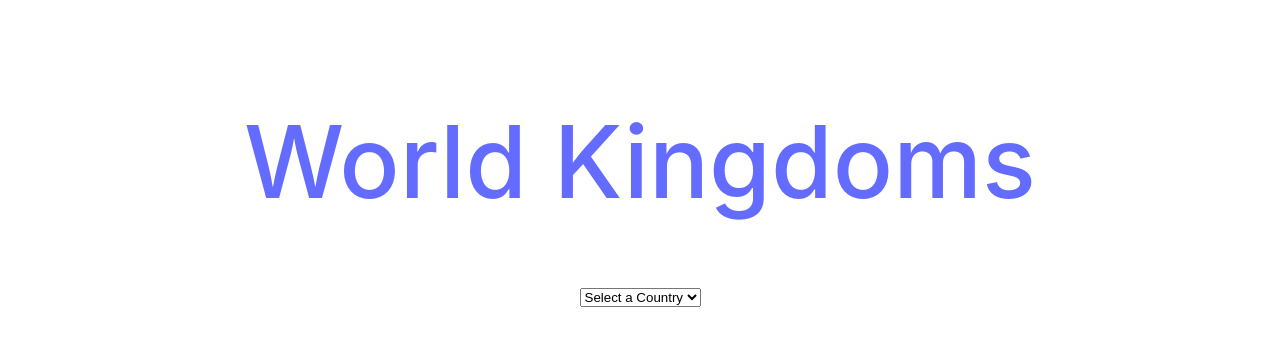
Repository: GloGlorGloria/COMP3170-lab7
Page: /
The author's editor kept a copy of each file at every save. The page is drawn from the files as they stood at one save, then again after the next save.
The browser window is 1280 px wide. The pictures show the whole page.
The page's requests for data from a server got no answer. The project was rebuilt for these pictures with package versions that can differ from the ones it lists, and the page was loaded fresh each time. No one was signed in, and anything a server would have sent is missing. Also part of the build but not shown: vite.config.js, src/components/Details.jsx.

Above is the page before, as saved 2024-11-24 02:08:40.

After the next save:
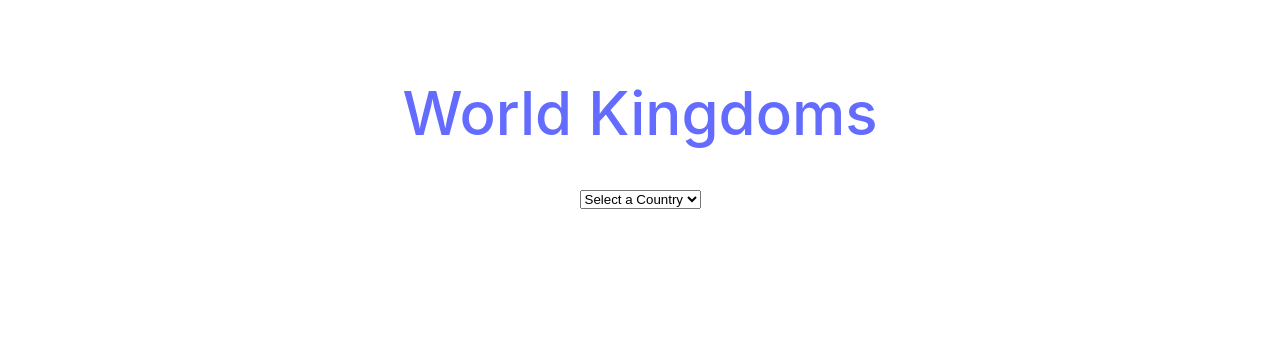
Saved 9 s later.
--- a/src/index.css
+++ b/src/index.css
@@ -24,7 +24,7 @@ a:hover {
 
 
 h1 {
-  font-size: 100px;
+  font-size: 60px;
   font-weight: 700;
   line-height: 1.1;
 }
